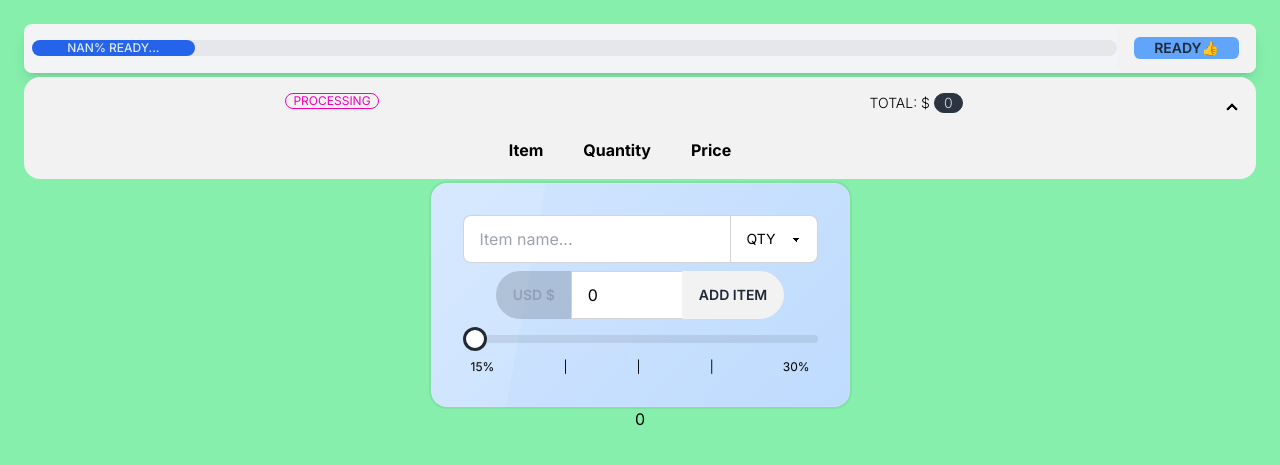
Repository: bitepay/bitepay-xyz
Page: /table
The author's editor kept a copy of each file at every save. The page is drawn from the files as they stood at one save, then again after the next save.
The browser window is 1280 px wide. The pictures show the whole page.
The page's requests for data from a server got no answer. The project was rebuilt for these pictures with package versions that can differ from the ones it lists, and the page was loaded fresh each time. The framework's server and built-in components were replaced by stand-ins that run in the browser. No one was signed in, and anything a server would have sent is missing. Also part of the build but not shown: next.config.js.

Above is the page before, as saved 2023-06-27 23:32:55.

After the next save:
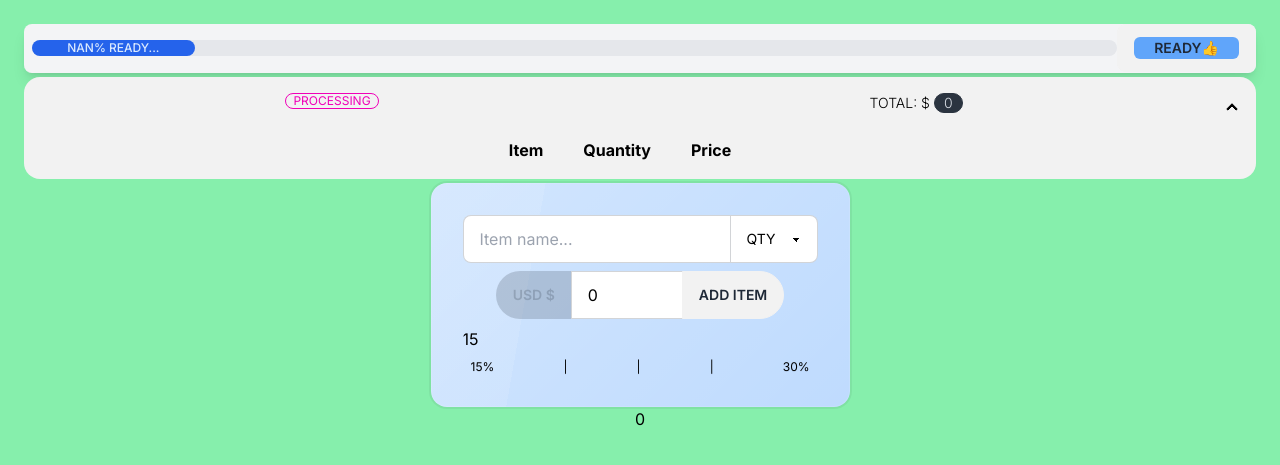
Saved 38 s later.
--- a/src/components/AddItemInput.jsx
+++ b/src/components/AddItemInput.jsx
@@ -74,7 +74,7 @@ export const AddItemInput = ({ handleUserUpdate, user, setUser }) => {
 							<button className="btn join-item rounded-r-full" disabled={user.status === 'READY'} onClick={(e) => handleClick(e)}>ADD ITEM</button>
 						</div>
 					</div>
-						<input type="range" min="15" max="30" value={`${user.tip}`} className="range" step="1" onChange={(e) => handleTipChange(e)} />
+						<input type="number" min="15" max="30" value={`${user.tip}`} className="range" step="1" onChange={(e) => handleTipChange(e)} />
 						<div className="w-full flex justify-between text-xs px-2">
 							<span>15%</span>
 							<span>|</span>
